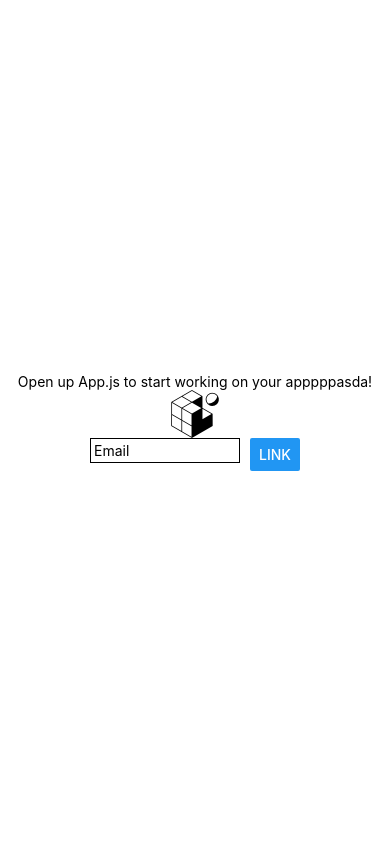
Repository: ntu34543/ReactNativeAndroid
Screen: /
An editor plug-in stored every save of this project. The screen is shown before and after a run of saves, followed by the edit.
The app was drawn by React Native's web renderer in a window 390 px wide. The project was rebuilt for these pictures with package versions that can differ from the ones it lists, and the page was loaded fresh each time.

Above is the screen before, as saved 2022-09-23 16:51:46.

### App.js
import { StatusBar } from "expo-status-bar";
import { StyleSheet, Text, View, Button, Image, TextInput, FlatList } from "react-native";

export default function App() {
  return (
    <View style={styles.container}>
      <Text>Open up App.js to start working on your apppppasda!</Text>
      <Image source={require("./assets/favicon.png")} />
      <View style={styles.body}>
        <View>
          <TextInput style={styles.TextInput} placeholder="Email" />
        </View>
        <View style={styles.btn}>
          <Button title="Link" />
        </View>
      </View>
      <StatusBar style="auto" />
    </View>
  );
}

const styles = StyleSheet.create({
  container: {
    flex: 1,
    backgroundColor: "#fff",
    alignItems: "center",
    justifyContent: "center",
  },
  body: {
    display: "flex",
    flexDirection: "row",
  },
  TextInput: {
    padding: 3,
    borderWidth: 1,
    borderColor: "black",
    width: 150,
  },
  btn: {
    width: 50,
    marginLeft: 10,
  },
});

After the next 2 saves:
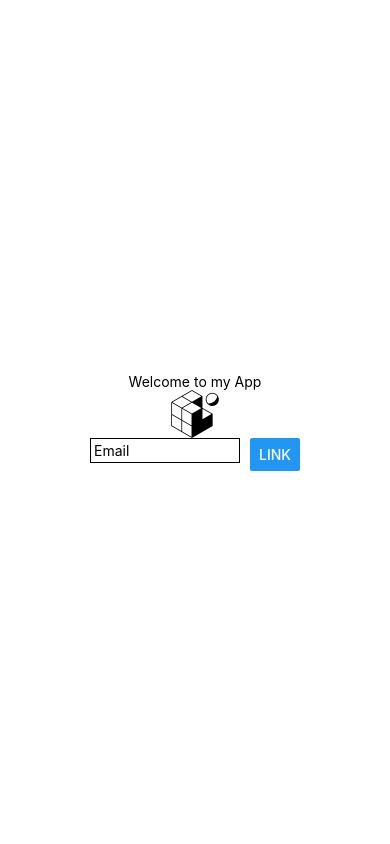
The 2 saves are shown as one change because they came seconds apart.
The last was saved 22 s later.
--- a/App.js
+++ b/App.js
@@ -4,7 +4,7 @@ import { StyleSheet, Text, View, Button, Image, TextInput, FlatList } from "reac
 export default function App() {
   return (
     <View style={styles.container}>
-      <Text>Open up App.js to start working on your apppppasda!</Text>
+      <Text>Welcome to my App</Text>
       <Image source={require("./assets/favicon.png")} />
       <View style={styles.body}>
         <View>
